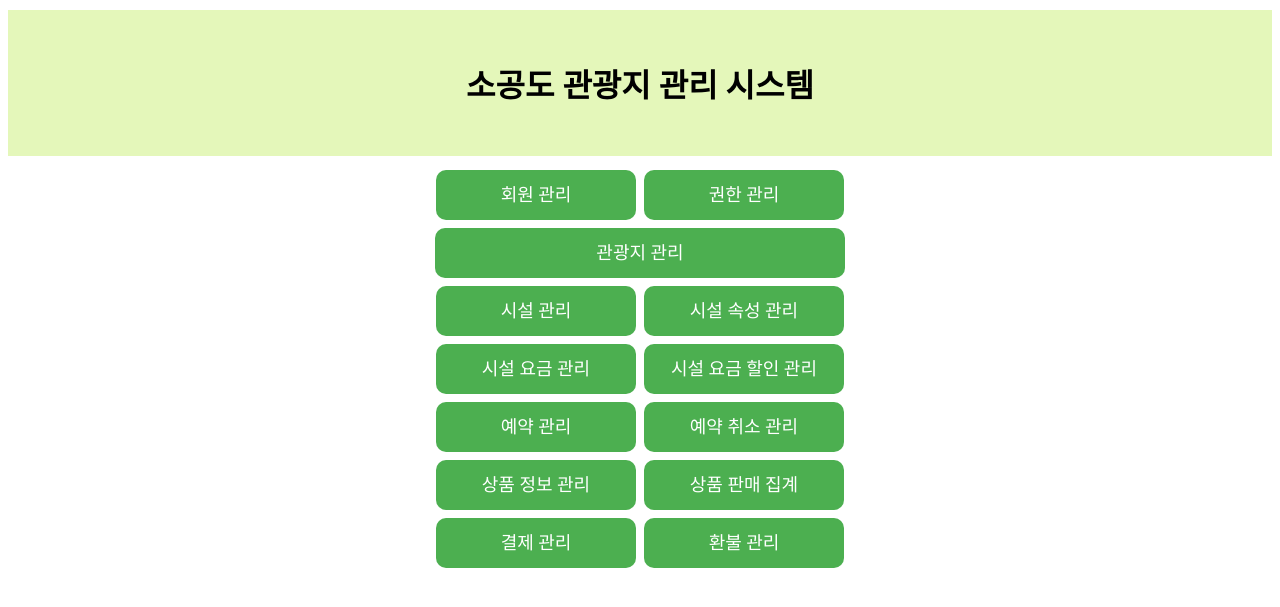
Repository: psyoongsc/SogongDo_Facility
Page: http://localhost/SogongDo_Management_System/
An editor plug-in stored every save of this project. The page is shown before and after the next save, followed by the edit.
The browser window is 1280 px wide. The pictures show the whole page.
The page is served by Tomcat 9. Nobody is signed in. The application's start-up code is not run. Other server files are loaded and not shown.

Above is the page before, as saved 2020-06-25 18:46:38.

### SogongDo_Management_System/WebContent/index.jsp
<%@ page language="java" contentType="text/html; charset=UTF-8"
    pageEncoding="UTF-8"%>
<!DOCTYPE html>
<html>
<head>
<meta charset="EUC-KR">
<title>소공도 관광지 관리 시스템</title>
<style>
a {
	text-decoration: none;
	text-align: center;
	background-color: #4CAF50;
	width: 200px;
	line-height: 50px;
	font-size: large;
	display: inline-block;
	border-radius: 10px 10px;
	margin: 4px 2px;
	color: #FFFFFF;
}

a:hover {
	background-color: #99FF99;
	color: #000000;
	font-weight: bold;
}
.container {
	text-align: center;
}

.title {
	font-size: xx-large;
	font-weight: bold;
	margin: 10px 0px;
	padding: 50px 0px;
	background-color: #E4F7BA;
}
</style>
</head>
<body>
	<div class="container title">
		소공도 관광지 관리 시스템
	</div>
	<div class="container">
		<a href="Member/view">회원 관리</a>
		<a href="Authority/view">권한 관리</a>
		<br>
		<a style="width: 410px;" href="TouristSite/view">관광지 관리</a>
		<br>
		<a href="Facility/view">시설 관리</a>
		<a href="Facility/Attribute/view">시설 속성 관리</a>
		<br>
		<a href="Facility/Charge/view">시설 요금 관리</a>
		<a href="Facility/Charge/discount/view">시설 요금 할인 관리</a>
		<br>
		<a href="Reservation/view">예약 관리</a>
		<a href="Reservation/Cancel/view">예약 취소 관리</a>
		<br>
		<a href="Product/view">상품 정보 관리</a>
		<a href="Product/Sell/view">상품 판매 집계</a>
		<br>
		<a href="Payment/view">결제 관리</a>
		<a href="Refund/view">환불 관리</a>
	</div>
</body>
</html>

After the next save:
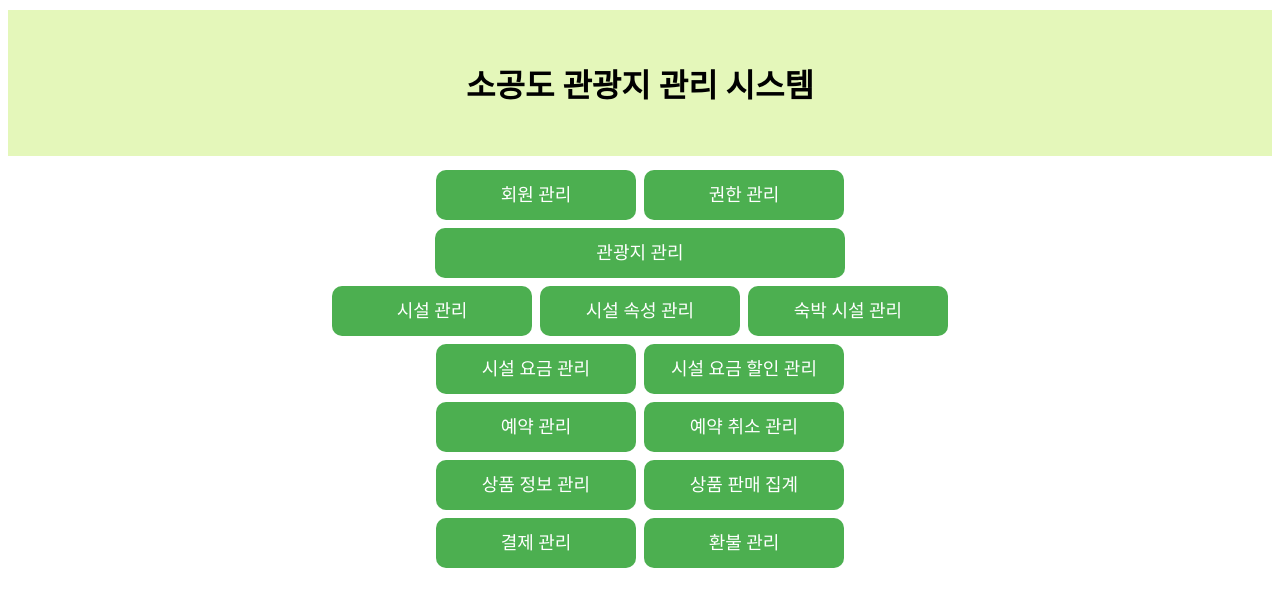
Saved 45 s later.
--- a/SogongDo_Management_System/WebContent/index.jsp
+++ b/SogongDo_Management_System/WebContent/index.jsp
@@ -49,6 +49,7 @@ a:hover {
 		<br>
 		<a href="Facility/view">시설 관리</a>
 		<a href="Facility/Attribute/view">시설 속성 관리</a>
+		<a href="Facility/Lodge/view">숙박 시설 관리</a>
 		<br>
 		<a href="Facility/Charge/view">시설 요금 관리</a>
 		<a href="Facility/Charge/discount/view">시설 요금 할인 관리</a>
